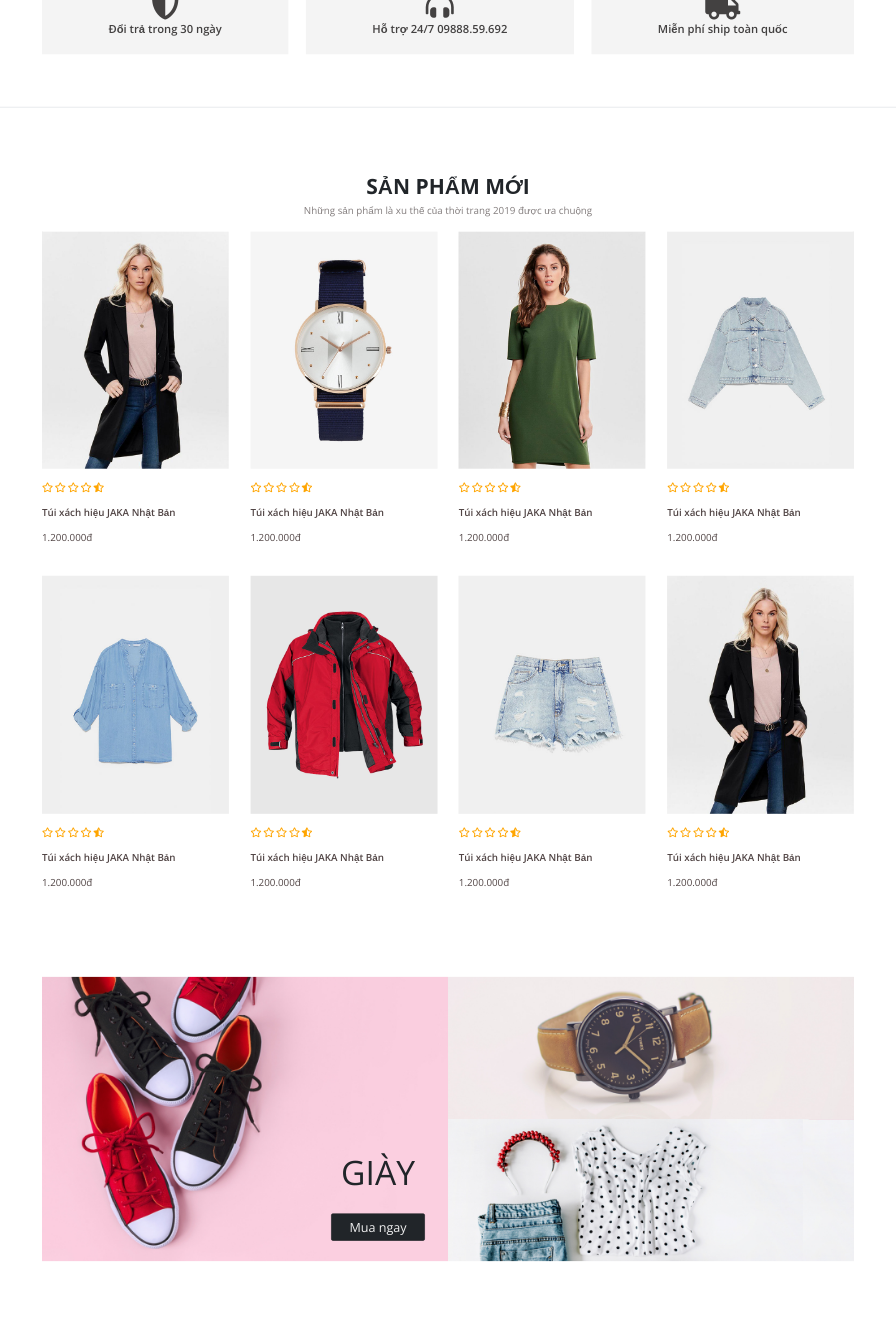
Repository: vinhtk0209/clothes-shop
Page: index.html
The author's editor kept a copy of each file at every save. The page is drawn from the files as they stood at one save, then again after a run of saves.
The browser window is 1280 px wide. The pictures show the part of the page from y = 792 to 2712 px (the page is 2712 px tall), at 70% of full size.

Above is the page before, as saved 2021-10-05 18:02:42.

After the next 2 saves:
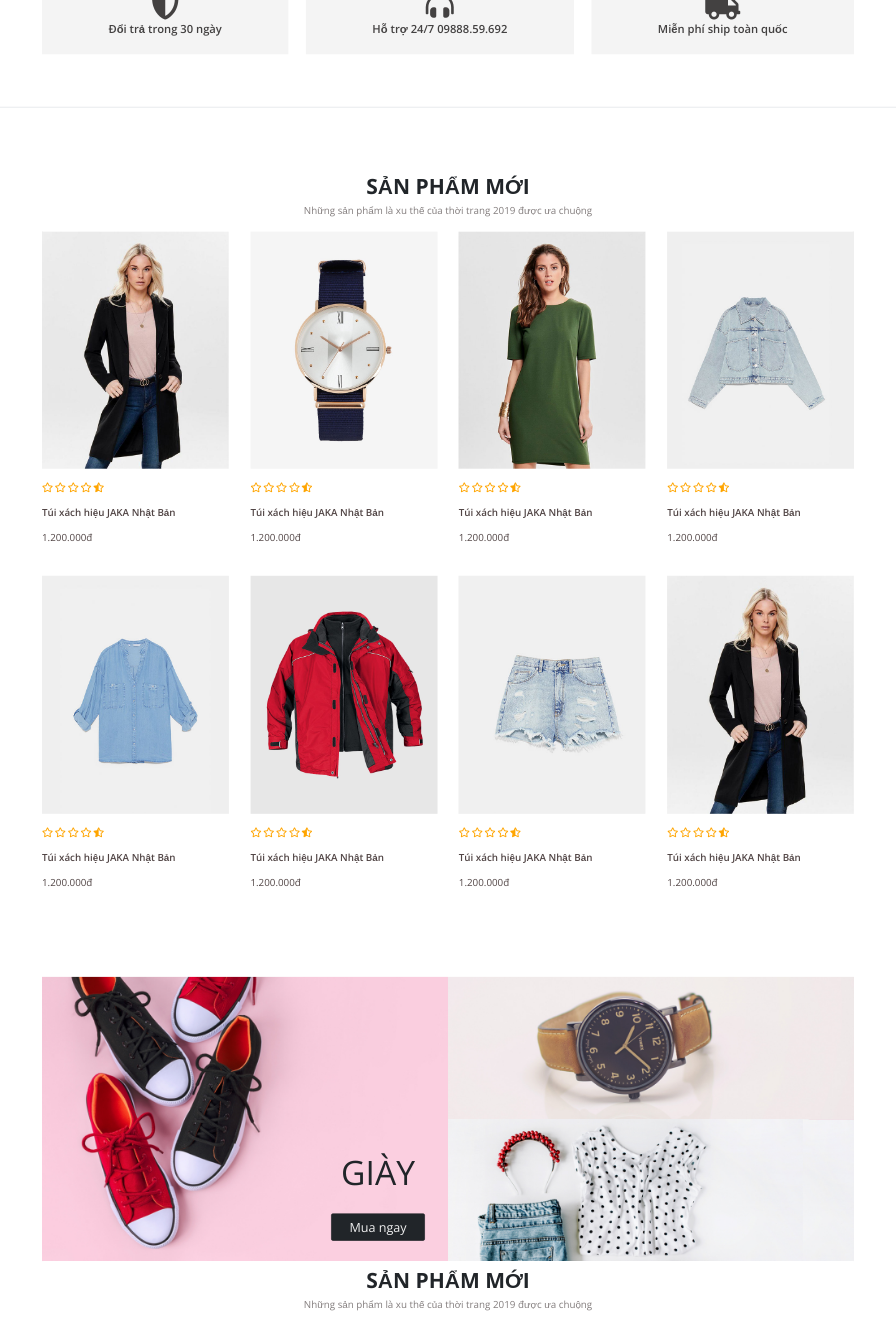
The 2 saves are shown as one change because they came seconds apart.
The last was saved 40 s later.
--- a/index.html
+++ b/index.html
@@ -566,6 +566,13 @@
               <!-- END IMG ANOTHER -->
             </div>
             <!-- END IMG DESCRIPTION -->
+            <div class="card card-product__new border-0 ">
+              <div class="card-body card-new-product">
+                <div class="card-title text-center">
+                  <h4 class="card-title__name fs-30 fw-bold">SẢN PHẨM MỚI</h4>
+                  <p class="card-title__caption fs-14 fw-regular text-card-caption ">Những sản phẩm là xu thế của thời trang 2019 được ưa chuộng </p>
+                </div>
+              </div>
          </div>
        </div>
        <!-- END NEW PRODUCT -->
